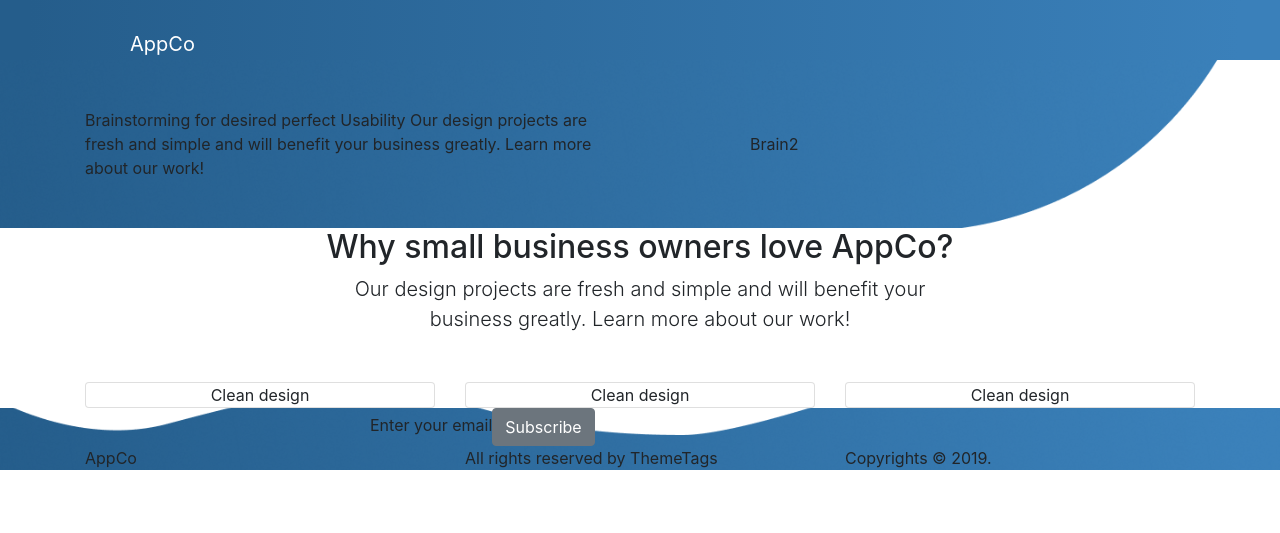
Repository: andbilous/user-statistics-app
Page: /
The author's editor kept a copy of each file at every save. The page is drawn from the files as they stood at one save, then again after the next save.
The browser window is 1280 px wide. The pictures show the whole page.
The project was rebuilt for these pictures with package versions that can differ from the ones it lists, and the page was loaded fresh each time. Also part of the build but not shown: src/components/reasons/reasons.scss.

Above is the page before, as saved 2020-06-19 15:14:53.

### src/App.js
import React from 'react';
import Main from './pages/Main';
import './App.scss';

function App() {
  return (
    <div className="App">
      <Main/>
    </div>
  );
}

export default App;

### src/pages/Main.jsx
import React from "react";
import Header from "../components/Header";
import Brainstorming from "../components/brainstorming";
import Reasons from "../components/reasons";
import Footer from '../components/footer';

const Main = () => {
  return (
    <>
      <Header />
      <Brainstorming />
      <Reasons />
      <Footer />
    </>
  );
};

export default Main;

### src/App.scss
body {
  font-family: Montserrat;
  font-style: normal;
  font-weight: normal;
}
img {
  position: relative;
  display: block;
  width: 100%;
}

### src/components/Header/index.js
import React from 'react';
import './header.scss';
import { Container, Row, Col } from 'reactstrap';


const Header = () => {
    return (
      <header className='header bg-image'>
      <Container>
          <div className='navbar-brand'>
          AppCo
            </div>
      </Container>
      </header>
    )
};

export default Header;

### src/components/brainstorming/index.js
import React from 'react';
import { Container, Row, Col } from 'reactstrap';
import'./brainstorming.scss';


const Brainstorming = () => {
    return (
      <section className='brainstorming pt-100 bg-image'>
      <Container>
          <Row className="row align-items-center justify-content-between py-5">
            <Col className="col-md-7 col-lg-6">
              Brainstorming for desired perfect Usability
              Our design projects are fresh and simple and will benefit your business greatly. Learn more about our work!
              </Col>
            <Col className="col-md-5 col-lg-5">Brain2</Col>
          </Row>
      </Container>
      </section>
    )
};

export default Brainstorming;

### src/components/reasons/index.js
import React from 'react';
import './reasons.scss';
import { Container, Row, Col,Card } from 'reactstrap';


const Reasons = () => {
    return (
      <section className='reasons'>
      <Container>
          <Row className="justify-content-center">
          <Col className="col-lg-7 col-md-8">
            <div className='section-heading text-center mb-5'>
              <h2>Why small business owners love AppCo?</h2>
              <p className='lead'>
              Our design projects are fresh and simple and will benefit your business greatly. Learn more about our work!
              </p>
            </div>
          </Col>
          </Row>
          <Row className="justify-content-center">
            <Col className='col-lg-4 col-md'>
              <Card className='text-center'>
                Clean design
              </Card>
            </Col>
            <Col className='col-lg-4 col-md'>
            <Card className='text-center'>
                Clean design
              </Card>
            </Col>
            <Col className='col-lg-4 col-md'>
            <Card className='text-center'>
                Clean design
              </Card>
            </Col>
          </Row>

      </Container>
      </section>
    )
};

export default Reasons;

### src/components/footer/index.js
import React from 'react';
import { Container, Row, Col,Button } from 'reactstrap';
import'./footer.scss';


const Footer = () => {
    return (
      <footer className='footer'>
        <Container>
          <Row className='justify-content-center'>
            <Col md='6'>
              <div>
                Enter your email
                <Button>Subscribe</Button>
              </div>
            </Col>
          </Row>
          <Row className='justify-content-between'>
            <Col className='col-md' lg='4'>
            AppCo
            </Col>
            <Col className='col-md' lg='4'>
            All rights reserved by ThemeTags
              </Col>
              <Col className='col-md' lg='4'>
              Copyrights © 2019.
              </Col>
          </Row>
        </Container>
      </footer>
    )
};

export default Footer;

### src/components/Header/header.scss
.header{
  width: 100%;
  height: 60px;
  background: linear-gradient(92.09deg, #255D8B 2.29%, #3A80BA 96.79%);
}

.navbar-brand {
  color: #fff;
  font-size: 40px;
  line-height: 49px;
  position: absolute;
  width: 136px;
  height: 49px;
  left: 130px;
  top: 24px;
}

### src/components/brainstorming/brainstorming.scss
.brainstorming{
  background-image: url(../../img/bg.png);
  background-repeat: no-repeat;
  background-position: center center;
  background-size: cover;
}

.bg-image{
  position: relative;
  width: 100%;
  display: block;
}

### src/components/footer/footer.scss
.footer{
  background-image: url(../../img/footer-bg.png);
  background-repeat: no-repeat;
  background-position: center center;
  background-size: cover;
}

Loaded but not shown: public/index.html (common file); src/index.js (common file); src/serviceWorker.js (common file)

After the next save:
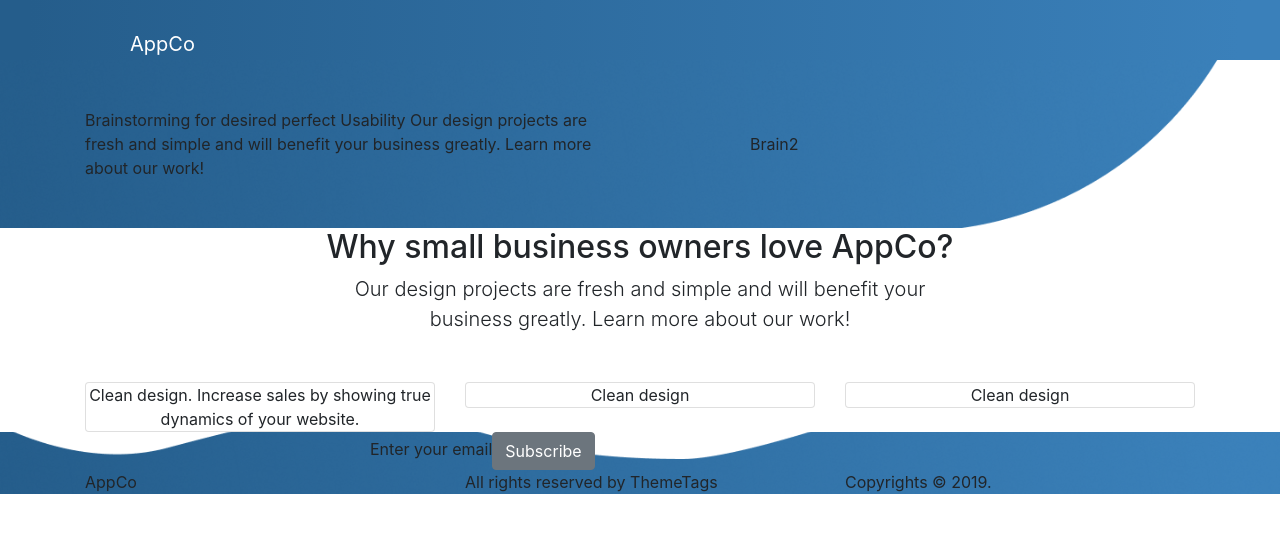
Saved 61 s later.
--- a/src/components/reasons/index.js
+++ b/src/components/reasons/index.js
@@ -20,7 +20,8 @@ const Reasons = () => {
           <Row className="justify-content-center">
             <Col className='col-lg-4 col-md'>
               <Card className='text-center'>
-                Clean design
+                Clean design.
+                Increase sales by showing true dynamics of your website.
               </Card>
             </Col>
             <Col className='col-lg-4 col-md'>
